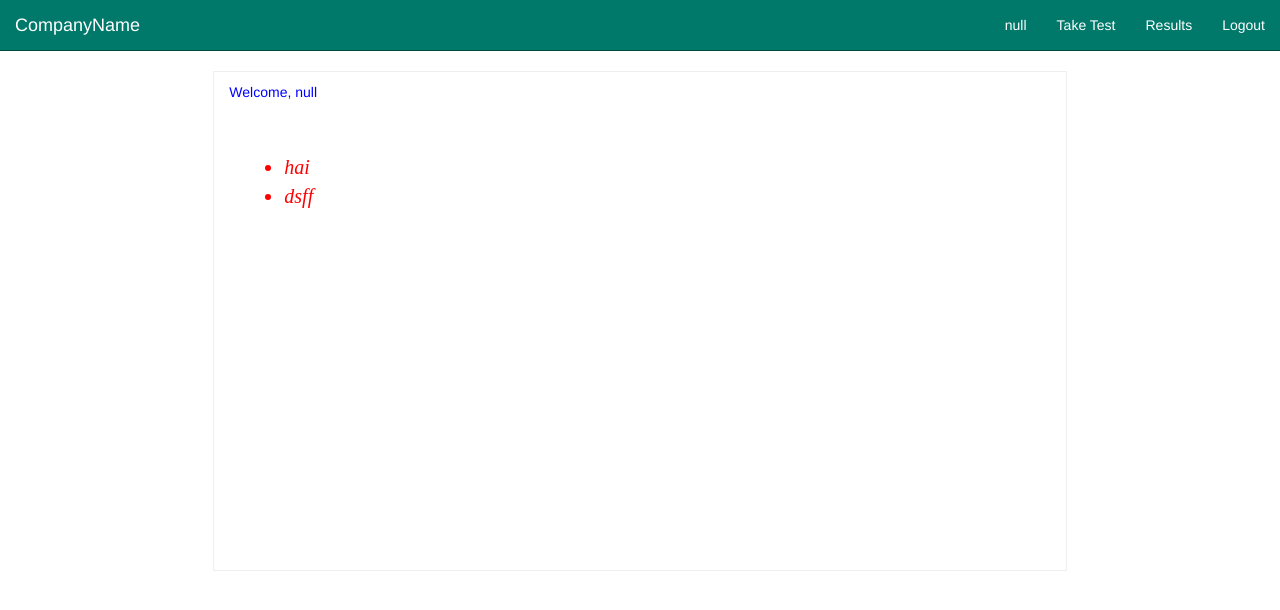
Repository: jayakumar721/projects
Page: http://localhost/TestEngine/dashboard.jsp
These files come from the project's save history. The page is drawn as it stood at one moment and after the next save; the edit follows.
The browser window is 1280 px wide. The pictures show the whole page.
Some web libraries are served in a nearby version. The page is served by Tomcat 9.

Above is the page before, as saved 2017-11-28 04:17:40.

After the next save:
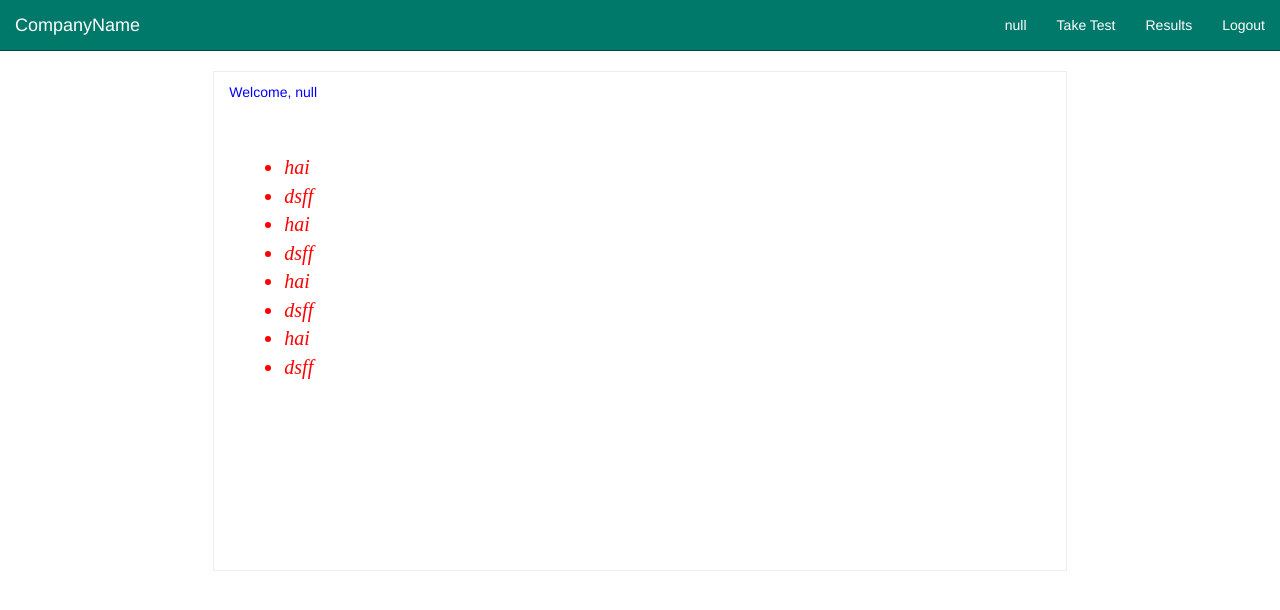
Saved 16 s later.
--- a/TestEngine/WebContent/dashboard.jsp
+++ b/TestEngine/WebContent/dashboard.jsp
@@ -94,6 +94,12 @@ color
 			<ul>
 				<li>hai</li>
 				<li>dsff</li>
+				<li>hai</li>
+				<li>dsff</li>
+				<li>hai</li>
+				<li>dsff</li>
+				<li>hai</li>
+				<li>dsff</li>
 			</ul>
 		</div>
 	</div>
